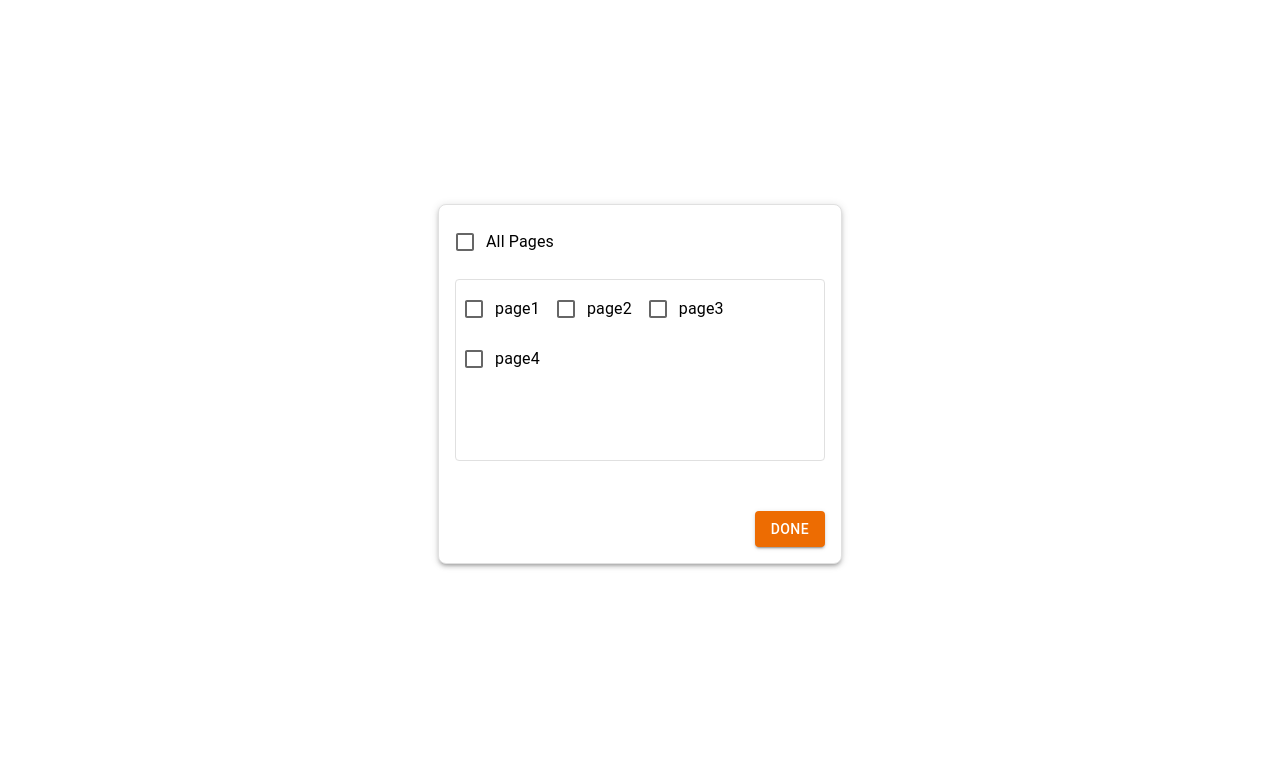
Repository: Tabishhaider72/Ellty-Test
Page: /
These files come from the project's save history. The page is drawn as it stood at one moment and after the next save; the edit follows.
The browser window is 1280 px wide. The pictures show the whole page.
The project was rebuilt for these pictures with package versions that can differ from the ones it lists, and the page was loaded fresh each time. Also part of the build but not shown: vite.config.js, src/index.css.

Above is the page before, as saved 2024-08-28 14:46:56.

### src/App.jsx
import React, { useState } from 'react';
import Box from '@mui/material/Box';
import Checkbox from '@mui/material/Checkbox';
import FormControlLabel from '@mui/material/FormControlLabel';
import Button from '@mui/material/Button';

function PageSelector() {
  const [allChecked, setAllChecked] = useState(false);
  const [pages, setPages] = useState({
    page1: false,
    page2: false,
    page3: false,
    page4: false,
  });

  const handleAllCheck = () => {
    const newCheckedStatus = !allChecked;
    setAllChecked(newCheckedStatus);
    setPages({
      page1: newCheckedStatus,
      page2: newCheckedStatus,
      page3: newCheckedStatus,
      page4: newCheckedStatus,
    });
  };

  const handlePageCheck = (page) => {
    const newPages = { ...pages, [page]: !pages[page] };
    setPages(newPages);
    setAllChecked(Object.values(newPages).every((val) => val === true));
  };

  return (
    <Box
      sx={{
        display: 'flex',
        justifyContent: 'center',
        alignItems: 'center',
        height: '100vh',
        padding: 2,
      }}
    >
      <Box
        sx={{
          width: 370,
          height: 326,
          backgroundColor: 'white',
          border: '1px solid',
          borderColor: 'grey.300',
          boxShadow: 3,
          borderRadius: 2,
          p: 2,
          display: 'flex',
          flexDirection: 'column',
        }}
      >
        <Box sx={{ mb: 2 }}>
          <FormControlLabel
            control={
              <Checkbox
                checked={allChecked}
                onChange={handleAllCheck}
                color="primary"
              />
            }
            label="All Pages"
          />
        </Box>
        <Box
          sx={{
            overflowY: 'auto',
            height: 164,
            mb: 2,
            border: '1px solid',
            borderColor: 'grey.300',
            borderRadius: 1,
            p: 1,
          }}
        >
          {Object.keys(pages).map((page) => (
            <FormControlLabel
              key={page}
              control={
                <Checkbox
                  checked={pages[page]}
                  onChange={() => handlePageCheck(page)}
                  color="primary"
                />
              }
              label={page}
              sx={{ mb: 1 }}
            />
          ))}
        </Box>
        <Box sx={{ mt: 'auto', textAlign: 'right' }}>
          <Button
            variant="contained"
            color="warning"
            sx={{ borderRadius: 1 }}
          >
            Done
          </Button>
        </Box>
      </Box>
    </Box>
  );
}

export default PageSelector;

Loaded but not shown: index.html (common file); src/main.jsx (common file)

After the next save:
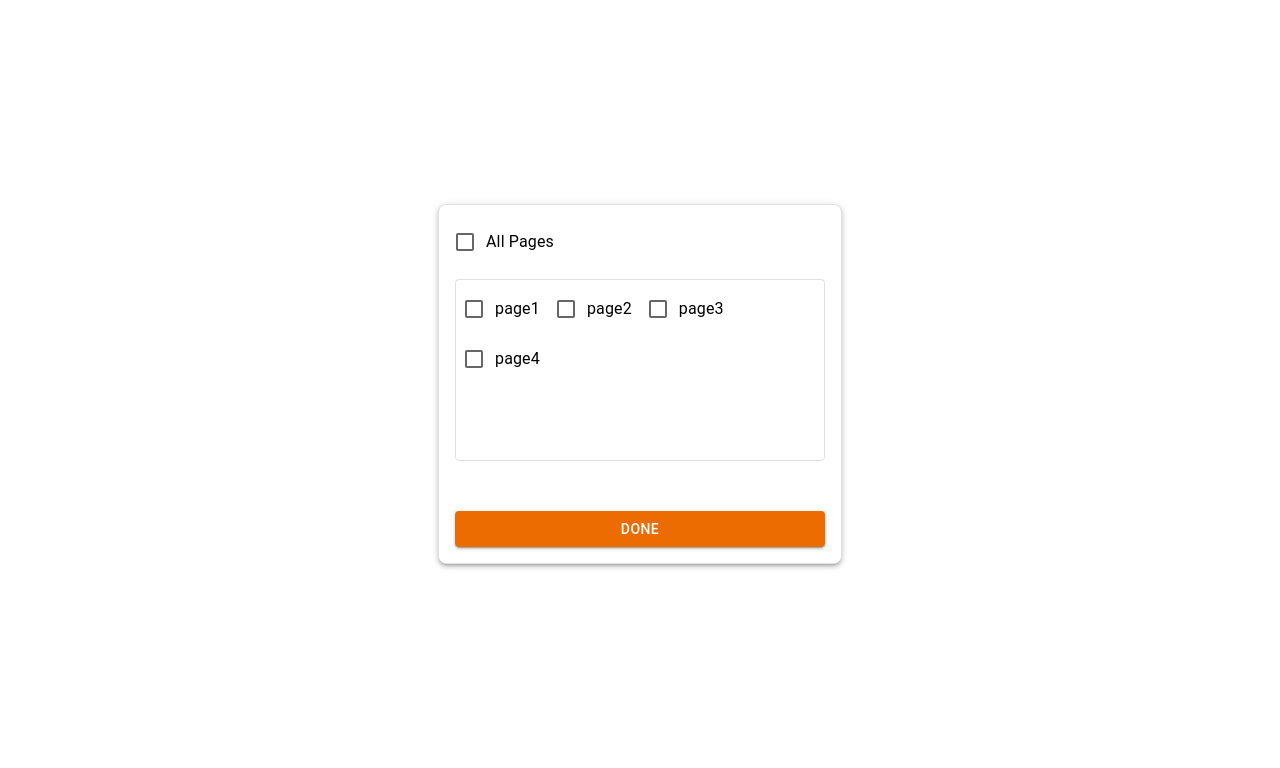
Saved 2 min 50 s later.
--- a/src/App.jsx
+++ b/src/App.jsx
@@ -92,11 +92,11 @@ function PageSelector() {
             />
           ))}
         </Box>
-        <Box sx={{ mt: 'auto', textAlign: 'right' }}>
+        <Box sx={{ mt: 'auto' }}>
           <Button
             variant="contained"
             color="warning"
-            sx={{ borderRadius: 1 }}
+            sx={{ borderRadius: 1, width: '100%' }}
           >
             Done
           </Button>
